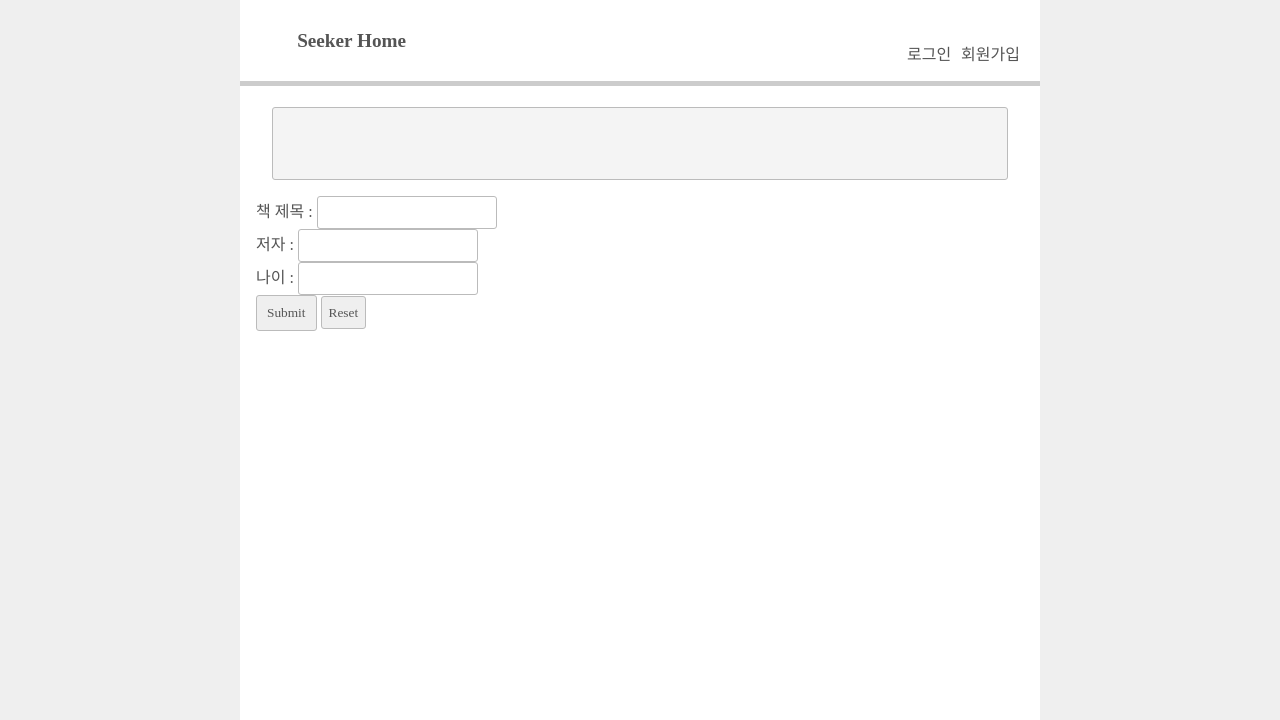
Repository: Seeker2250/JspTest
Page: http://localhost/jspPro/days01/ex02.jsp
An editor plug-in stored every save of this project. The page is shown before and after the next save, followed by the edit.
The browser window is 1280 px wide. The pictures show the whole page.
Some web fonts or font styles are not loaded; a fallback is used. The page is served by Tomcat 9.

Above is the page before, as saved 2024-10-15 05:21:18.

After the next save:
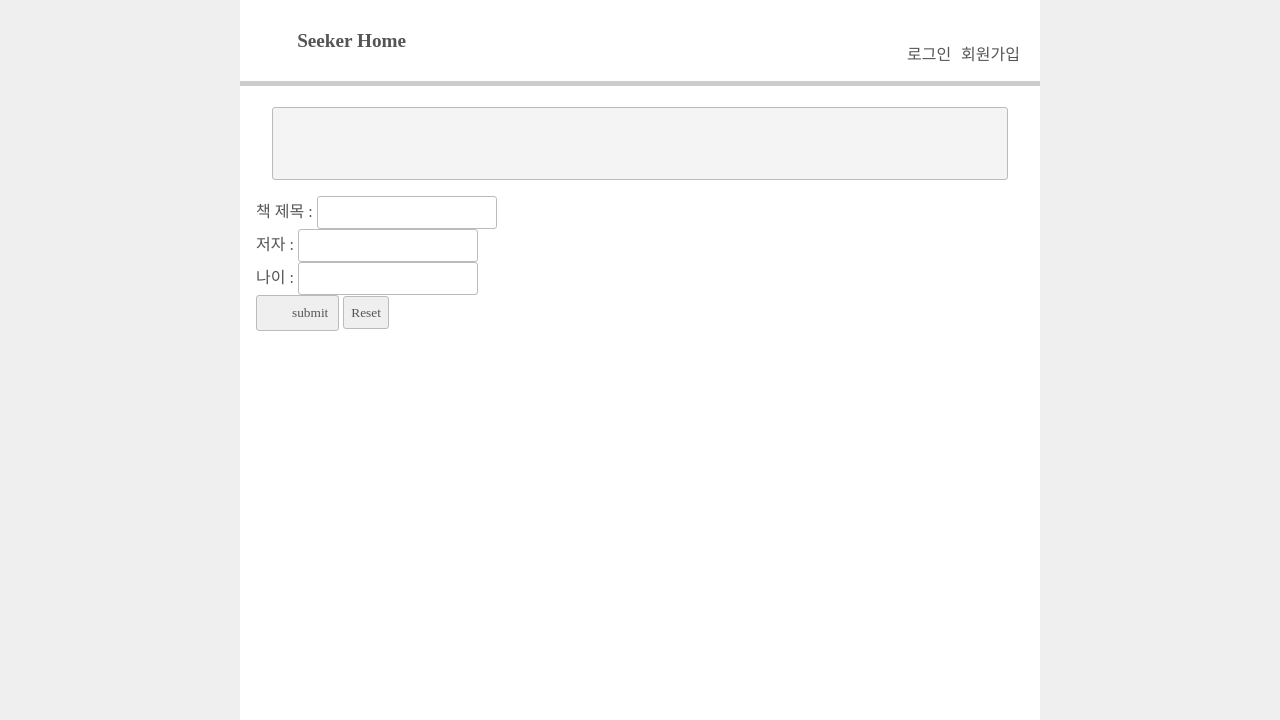
Saved 3 min 32 s later.
--- a/jspPro/src/main/webapp/days01/ex02.jsp
+++ b/jspPro/src/main/webapp/days01/ex02.jsp
@@ -34,30 +34,36 @@
   	책 제목 : <input type="text" id="title" name="title" autofocus><br>
   	저자 : <input type="text" id="author" name = "author""><br>
   	나이 : <input type="number" id="age" name = "age" ><br>
-  	<!-- <button type="button" onclick="checkform()">submit</button> -->
-  	<input type="submit">
+  	<button type="button" onclick="checkform()">submit</button>
+  	<!-- <input type="submit"> -->
   	<input type="reset">
 
   </form>
 </div>
 <script>
+
+	$("button").on("click", function(event){
+		title = $("#title").val();
+		author = $("#author").val();
+
+
+		if(title.trim().length == 0){
+			alert("책 제목은 필수 입력 사항입니다.")
+			event.preventDefault();//submit 취소
+			$("#title").focus();
+			return;
+		}
+		if(author.trim().length == 0){
+			alert("저자는 필수 입력 사항입니다.")
+			event.preventDefault();//submit 취소
+			$("#author").focus();
+			return;
+		}
+	})
+
 /*
-function checkform(){
-	var form = document.querySelector("#input");
-	if(form.id.value=="") {
-		alert("아이디를 입력해주세요");
-		form.id.focus();
-		return false;
-	} else if (form.passwd.value == "") {
-		alert("비밀번호를 입력해주세요");
-		form.passwd.focus();
-		return false;
-	}
-	form.submit();
-}*/
-
 	$("form").on("submit", function(event){
-		/* alert("x") */
+		/* alert("x")
 		title = $("#title").val();
 		author = $("#author").val();
 
@@ -75,6 +81,8 @@
 			return;
 		}
 	});
+
+	*/
 </script>
 </body>
 </html>
